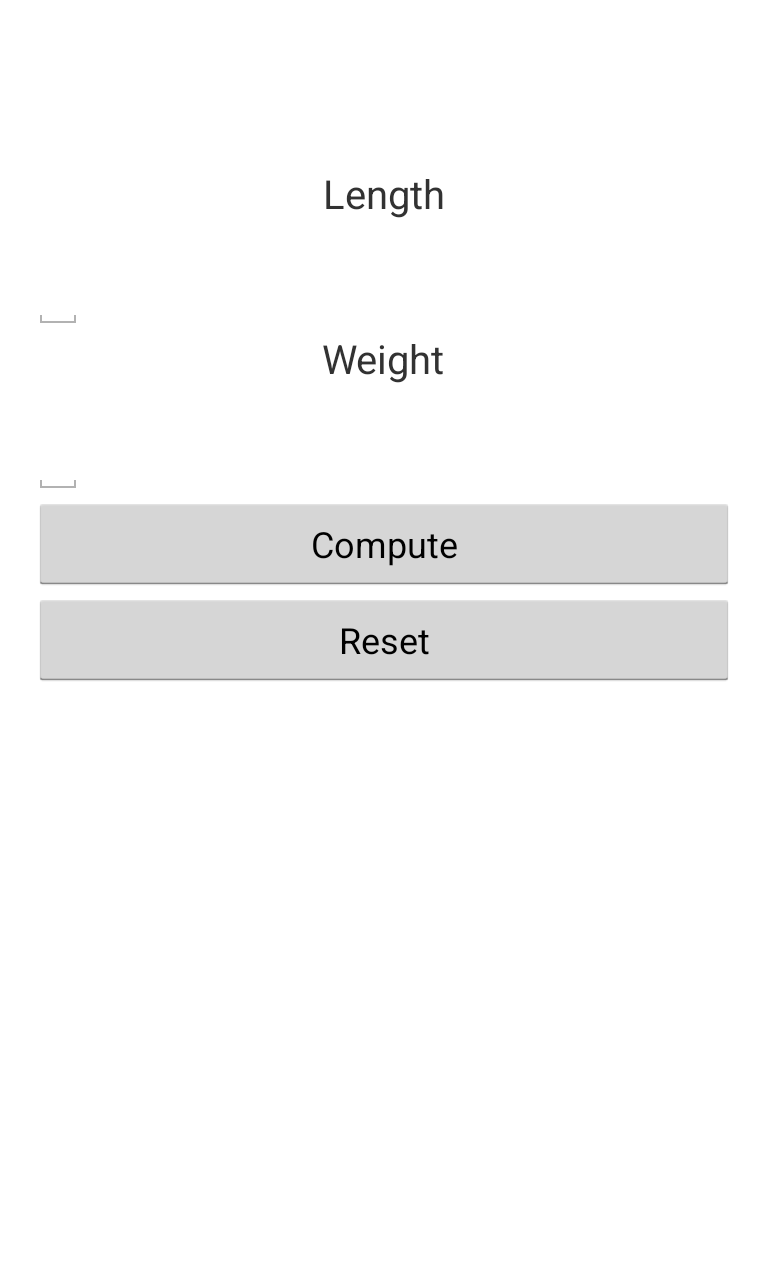
Repository: ek222mw/IDV436_API_Komponent
Layout: labb1_BMI/res/layout/activity_main.xml
An editor plug-in stored every save of this project. The layout is shown before and after the next save, followed by the edit.
It is drawn on a 768 x 1280 px phone screen (xhdpi) without system bars, with theme AppTheme; the app's code is not run.

Above is the layout before, as saved 2014-11-17 13:36:32.

After the next save:
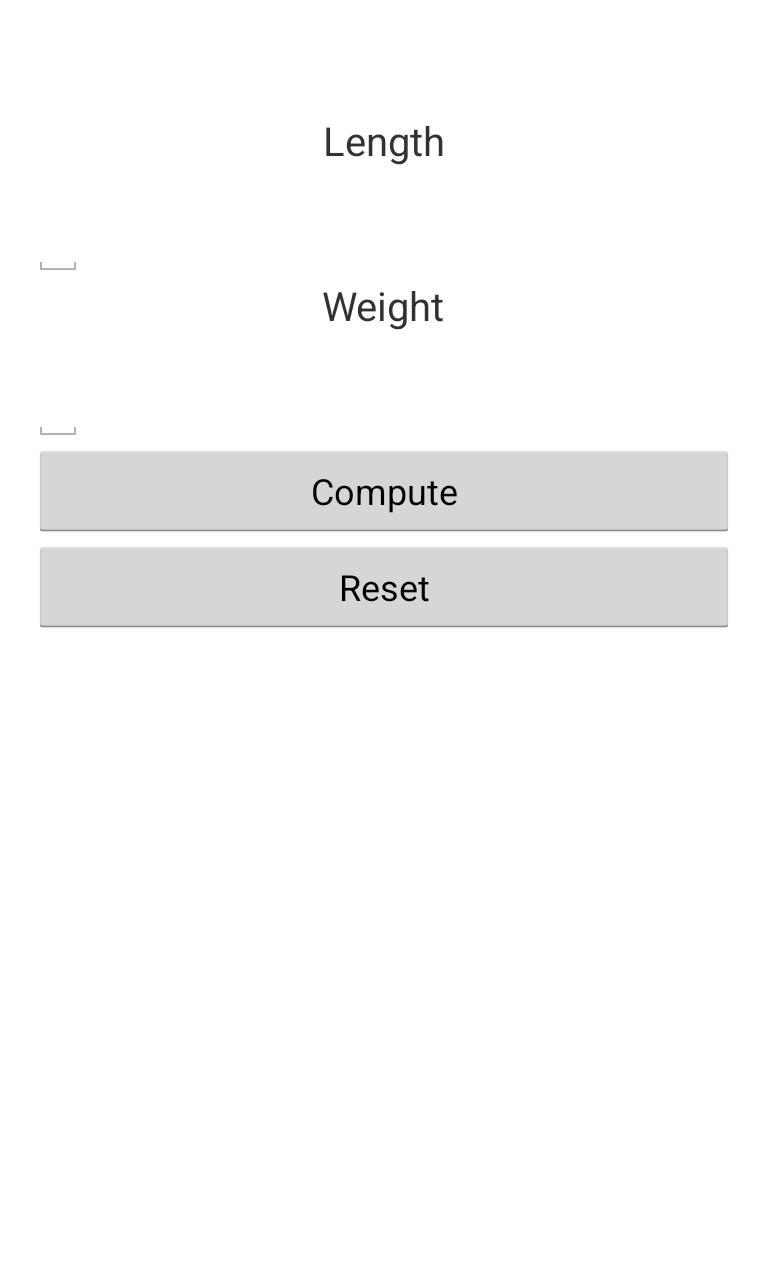
Saved 84 s later.
--- a/labb1_BMI/res/layout/activity_main.xml
+++ b/labb1_BMI/res/layout/activity_main.xml
@@ -17,7 +17,7 @@
         android:layout_height="wrap_content"
         android:text="@string/result"
         android:layout_gravity="center"
-        android:textSize="50sp"
+        android:textSize="30sp"
          />
      <TextView
 
@@ -64,7 +64,7 @@
     <Button android:id="@+id/Reset"
         android:layout_width="match_parent"
         android:layout_height="wrap_content"
-        android:layout_gravity="center"
+
         android:text="@string/Reset" />
 
 </LinearLayout>
